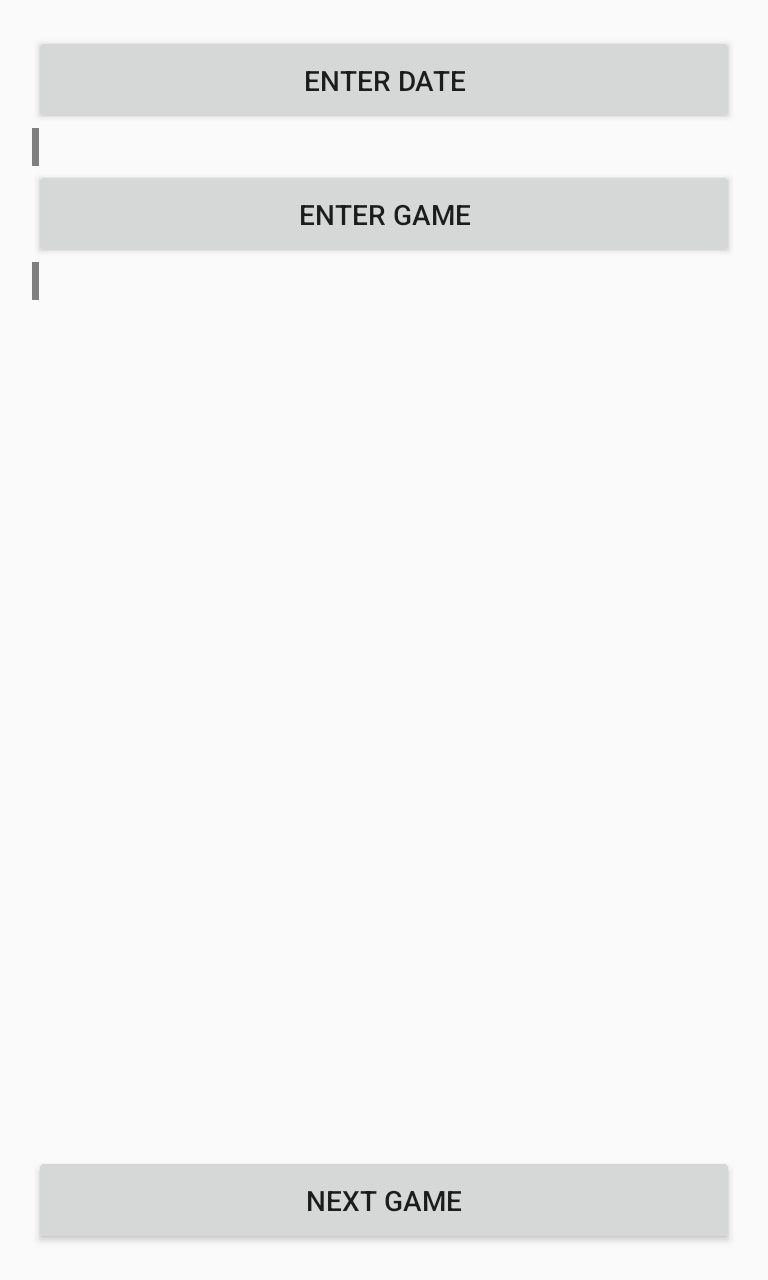
Repository: charlesweng/school
Layout: simpleandroidapps/GettingToKnowUIActivities/charleswengScoringProject/charleswengScoring/res/layout/fragment_main.xml
An editor plug-in stored every save of this project. The layout is shown before and after the next save, followed by the edit.
Pictures or frames that could not be fetched are drawn as grey boxes. It is drawn on a 768 x 1280 px phone screen (xhdpi) without system bars, with theme AppTheme; the app's code is not run.

Above is the layout before, as saved 2014-04-26 16:24:48.

After the next save:
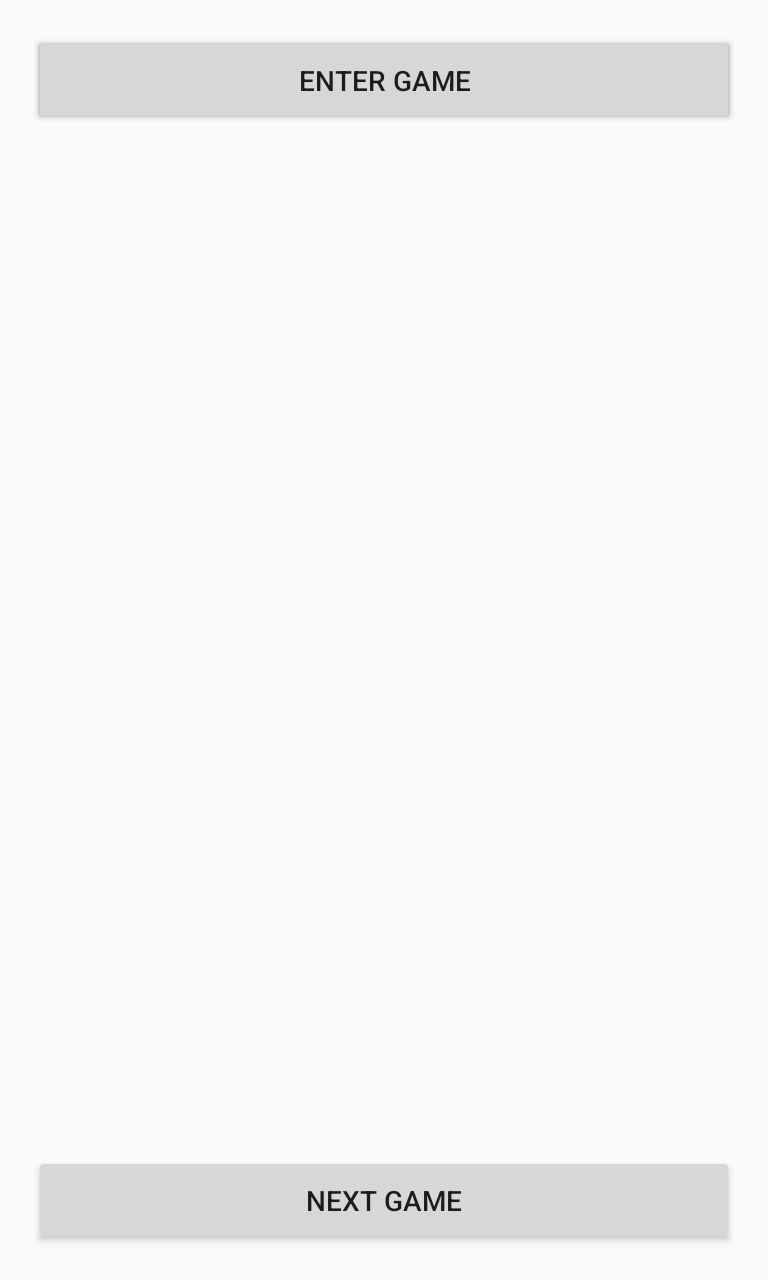
Saved 54 s later.
--- a/simpleandroidapps/GettingToKnowUIActivities/charleswengScoringProject/charleswengScoring/res/layout/fragment_main.xml
+++ b/simpleandroidapps/GettingToKnowUIActivities/charleswengScoringProject/charleswengScoring/res/layout/fragment_main.xml
@@ -17,13 +17,13 @@
         android:text="@string/enter_date"
         android:onClick="showDatePickerDialog"/>
 
-	<fragment
+<!-- 	<fragment
 	    android:name="com.example.charleswengscoring.DateFragment"
 	    android:id="@+id/fragment_date"
 	    android:layout_width="wrap_content"
 	    android:layout_height="wrap_content"
 	    android:layout_below="@+id/datebutton"
-	/>
+	/> -->
 
     <Button
         android:id="@+id/gamebutton"
@@ -32,14 +32,14 @@
         android:layout_below="@+id/fragment_date"
         android:text="@string/enter_game" />
 
-    <fragment
+<!--     <fragment
         android:name="com.example.charleswengscoring.TeamFragment"
         android:id="@+id/fragment_team"
         android:layout_width="wrap_content"
         android:layout_height="wrap_content"
         android:layout_below="@+id/gamebutton"
     />
-
+     -->
     <Button
         android:id="@+id/nextbutton"
         android:layout_width="fill_parent"

After the 2 saves that followed:
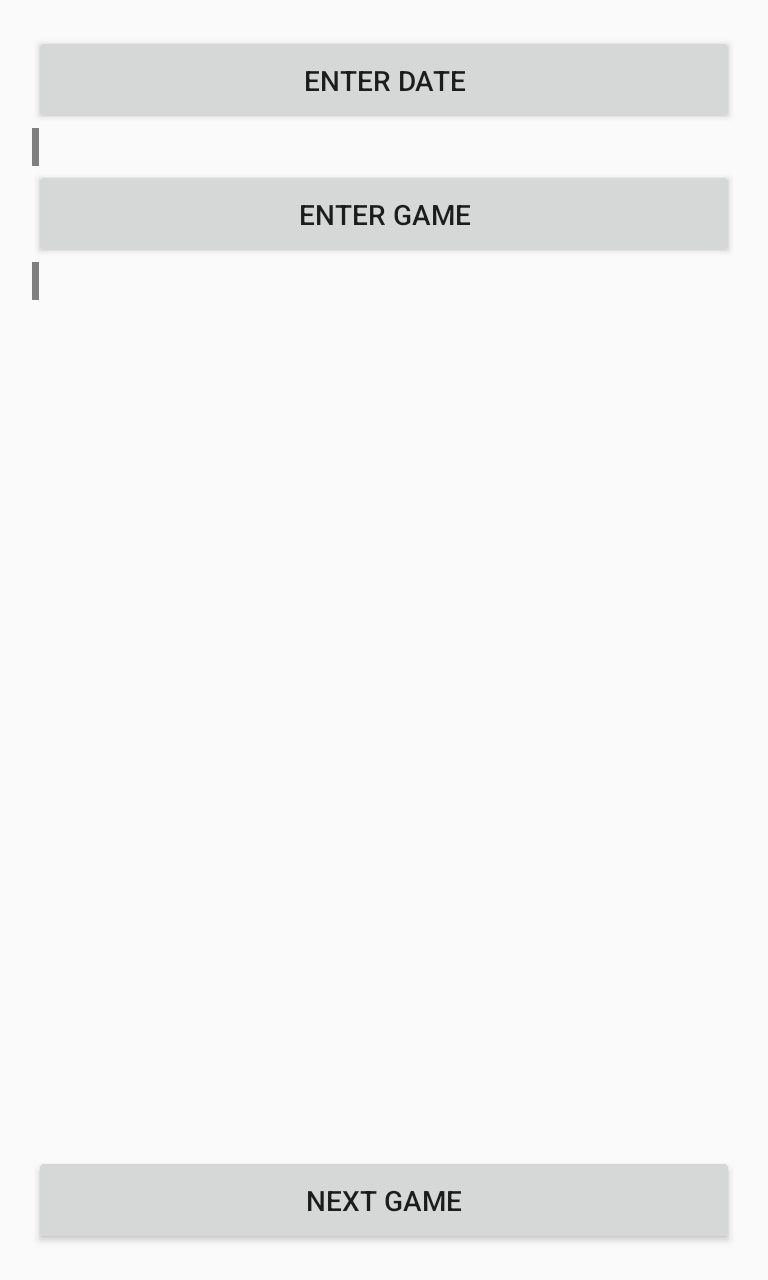
The 2 saves are shown as one change because 1 left the picture as it was.
The last was saved 7 min 24 s later.
--- a/simpleandroidapps/GettingToKnowUIActivities/charleswengScoringProject/charleswengScoring/res/layout/fragment_main.xml
+++ b/simpleandroidapps/GettingToKnowUIActivities/charleswengScoringProject/charleswengScoring/res/layout/fragment_main.xml
@@ -17,13 +17,13 @@
         android:text="@string/enter_date"
         android:onClick="showDatePickerDialog"/>
 
-<!-- 	<fragment
+	<fragment
 	    android:name="com.example.charleswengscoring.DateFragment"
 	    android:id="@+id/fragment_date"
 	    android:layout_width="wrap_content"
 	    android:layout_height="wrap_content"
 	    android:layout_below="@+id/datebutton"
-	/> -->
+	/>
 
     <Button
         android:id="@+id/gamebutton"
@@ -32,14 +32,14 @@
         android:layout_below="@+id/fragment_date"
         android:text="@string/enter_game" />
 
-<!--     <fragment
+    <fragment
         android:name="com.example.charleswengscoring.TeamFragment"
         android:id="@+id/fragment_team"
         android:layout_width="wrap_content"
         android:layout_height="wrap_content"
         android:layout_below="@+id/gamebutton"
     />
-     -->
+
     <Button
         android:id="@+id/nextbutton"
         android:layout_width="fill_parent"
